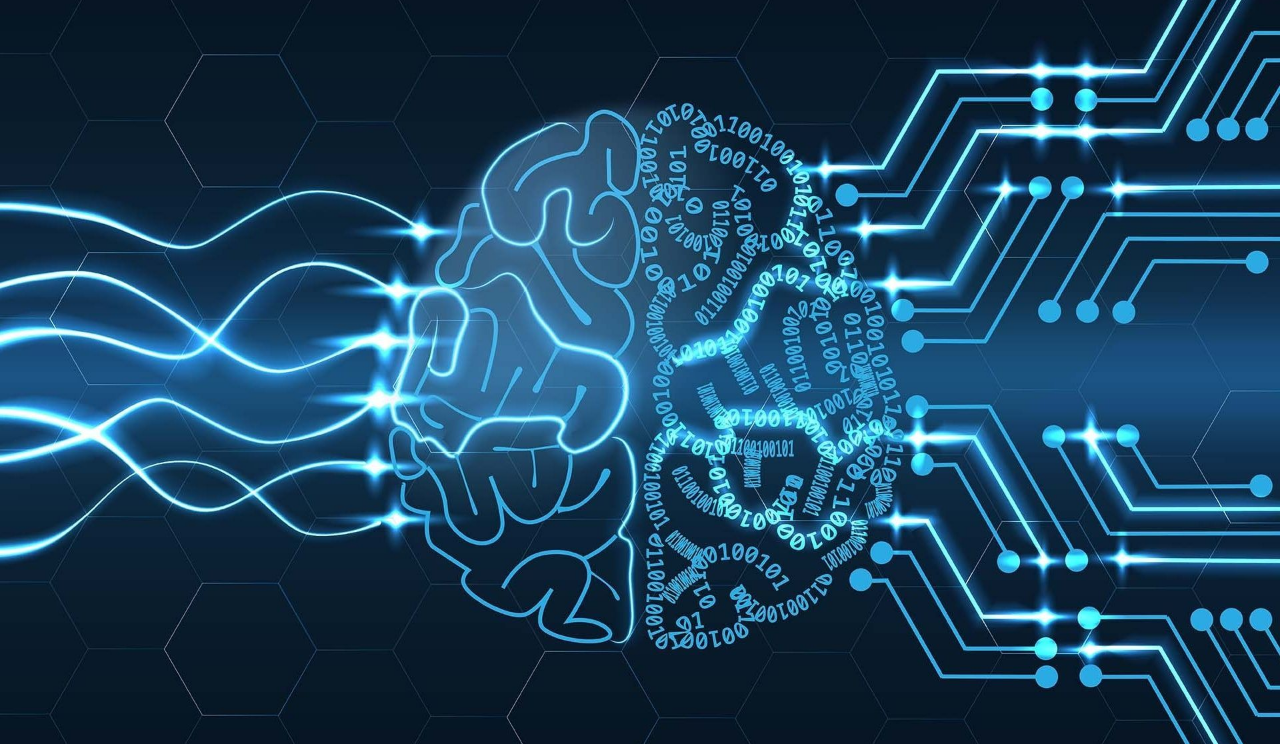
Repository: exiled-kal/messagAPPTOkenized
Page: /
The author's editor kept a copy of each file at every save. The page is drawn from the files as they stood at one save, then again after a run of saves.
The browser window is 1280 px wide. The pictures show the whole page.
The project was rebuilt for these pictures with package versions that can differ from the ones it lists, and the page was loaded fresh each time. The framework's server and built-in components were replaced by stand-ins that run in the browser. Also part of the build but not shown: next.config.js.

Above is the page before, as saved 2021-12-17 21:56:47.

### pages/index.js
import Head from "next/head";
import Login from "../components/Login";

export default function Home() {
  const isAuthenticated = false;

  if (!isAuthenticated) return <Login />;

  return (
    <div className="h-screen">
      <Head>
        <title>MetaMessage App</title>
        <link rel="icon" href="/favicon.ico" />
      </Head>

      <h1>Welcome to the App</h1>
    </div>
  );
}

### components/Login.js
import Image from "next/image";
import token from "../images/token.png";
import crypto from "../images/Crypto.png";

function Login() {
  return (
    <div className="bg-black relative text-white">
      <h1>I am the login screen</h1>
      <div className="flex flex-col absolute">
        <Image src={crypto} alt="" height={200} weight={200} />
        <button>Login to METAVerse</button>
      </div>
      <div className="w-ful h-screen">
        <Image src={token} alt="" layout="fill" objectFit="cover" />
      </div>
    </div>
  );
}

export default Login;

Loaded but not shown: pages/_app.js (common file); styles/globals.css (common file); tailwind.config.js (common file)

After the next 3 saves:
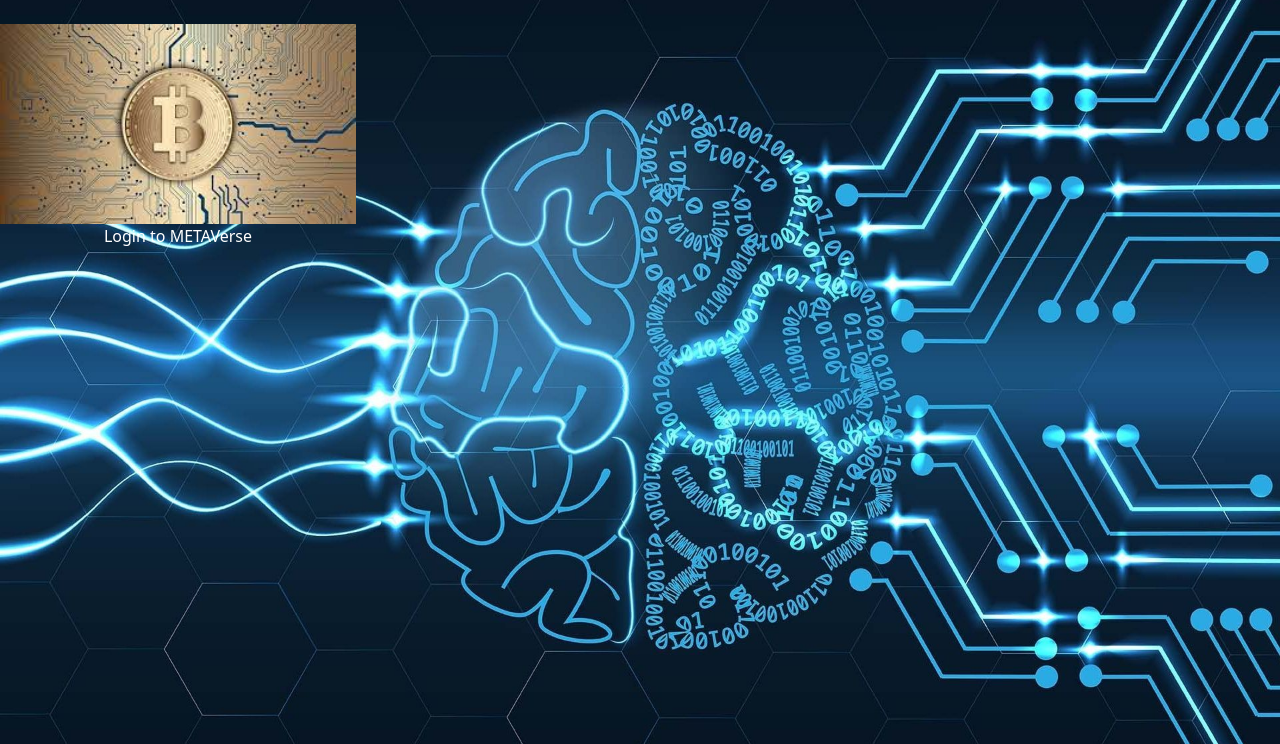
The 3 saves are shown as one change because they came seconds apart.
The last was saved 11 s later.
--- a/components/Login.js
+++ b/components/Login.js
@@ -6,7 +6,7 @@
   return (
     <div className="bg-black relative text-white">
       <h1>I am the login screen</h1>
-      <div className="flex flex-col absolute">
+      <div className="flex flex-col absolute z-50">
         <Image src={crypto} alt="" height={200} weight={200} />
         <button>Login to METAVerse</button>
       </div>
